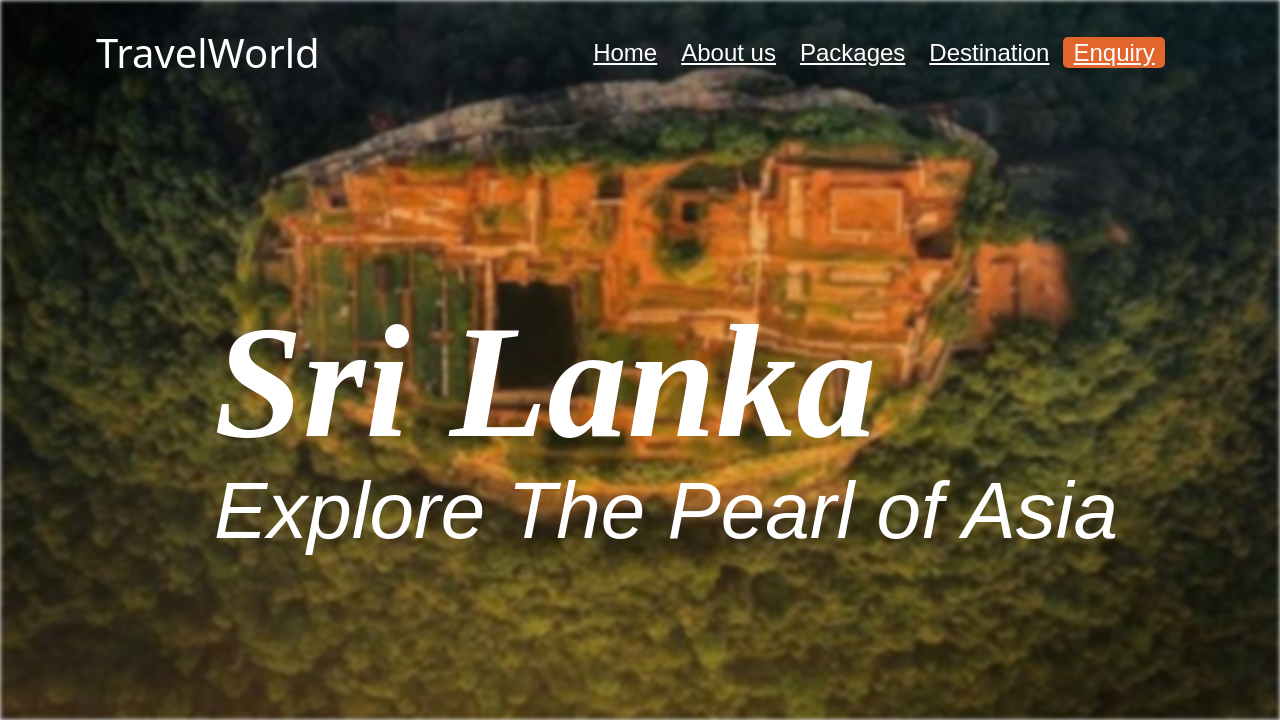
Repository: Haakim19/TavelWorld
Page: HTML/Home.html
The author's editor kept a copy of each file at every save. The page is drawn from the files as they stood at one save, then again after the next save.
The browser window is 1280 px wide. The pictures show the whole page.
Some web fonts or font styles are not loaded; a fallback is used.

Above is the page before, as saved 2024-11-02 11:00:19.

After the next save:
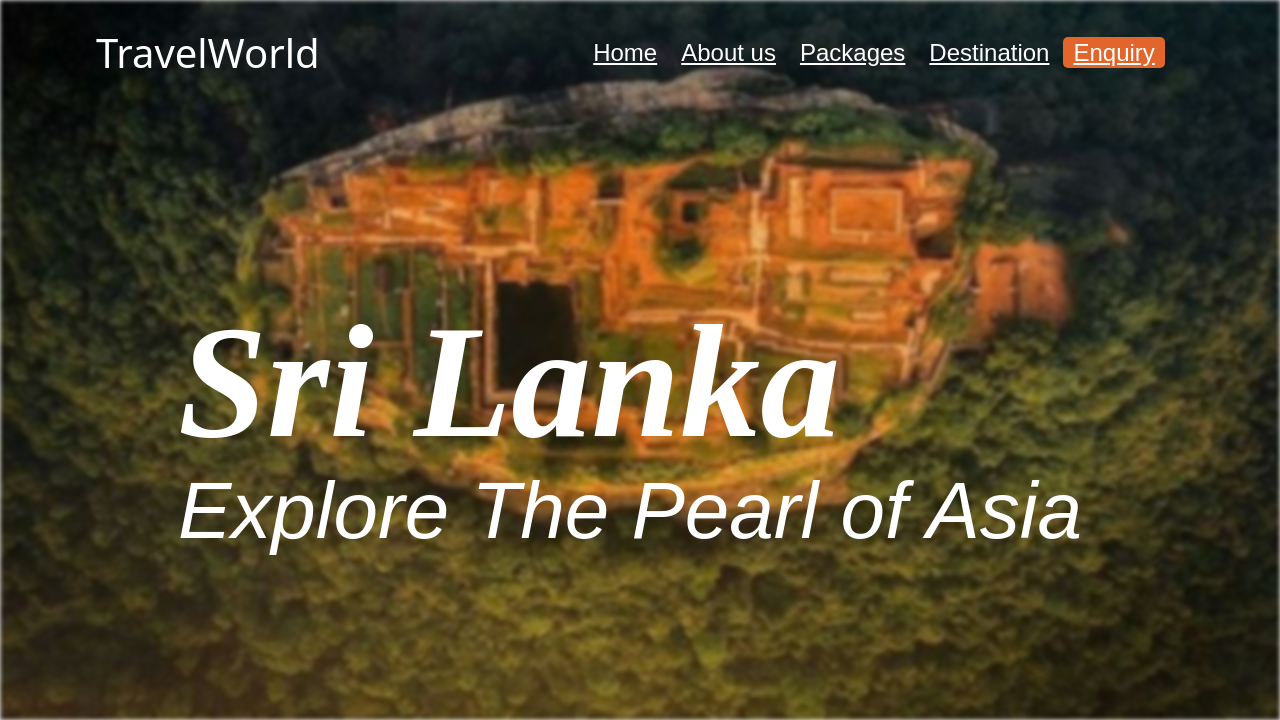
Saved 9 s later.
--- a/CSS/Navbar.css
+++ b/CSS/Navbar.css
@@ -71,7 +71,7 @@
     justify-content: center;
     align-items: center;
     margin-top: 10vh;
-    /* margin-right: 10vh; */
+    margin-right: 10vh;
     margin-left: 10vh;
 
 

After the save that followed:
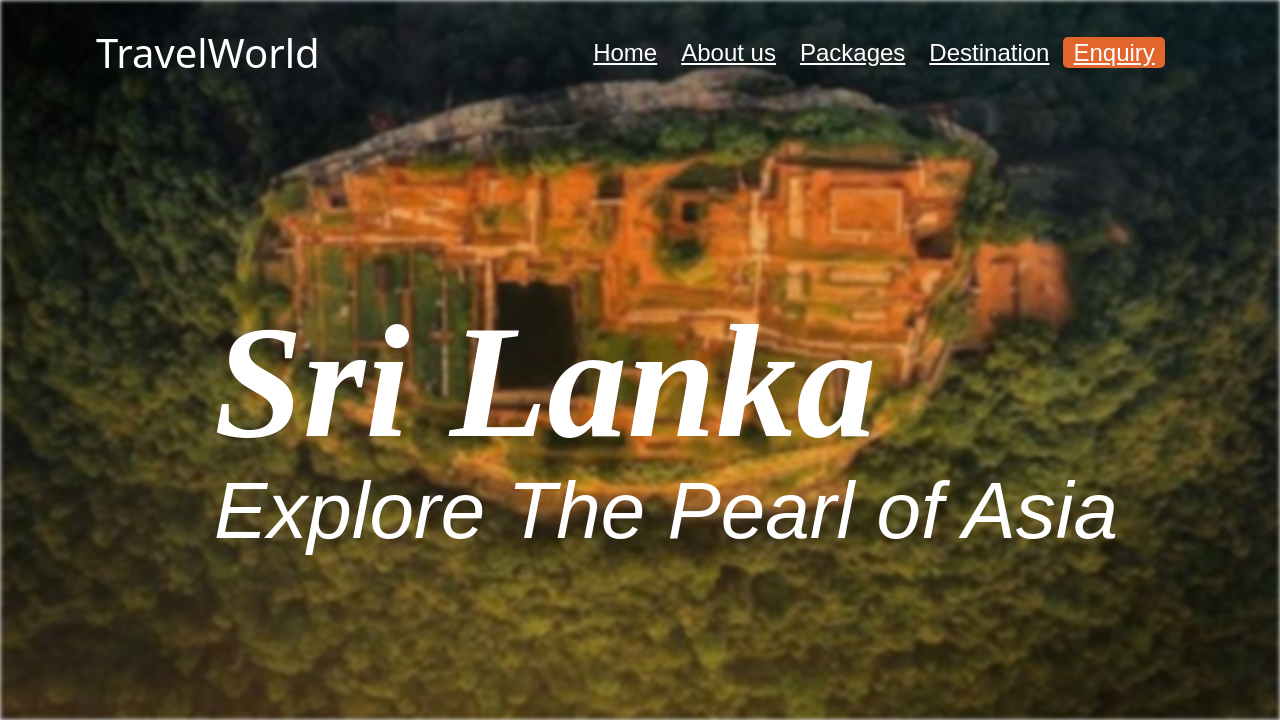
Saved 8 s later.
--- a/CSS/Navbar.css
+++ b/CSS/Navbar.css
@@ -71,13 +71,13 @@
     justify-content: center;
     align-items: center;
     margin-top: 10vh;
-    margin-right: 10vh;
     margin-left: 10vh;
 
 
 }
 
 .hero .hero-overlay h1 {
+    margin-right: 10vh;
     font-family: "Just Another Hand", cursive;
     font-weight: 700;
     font-style:italic;
